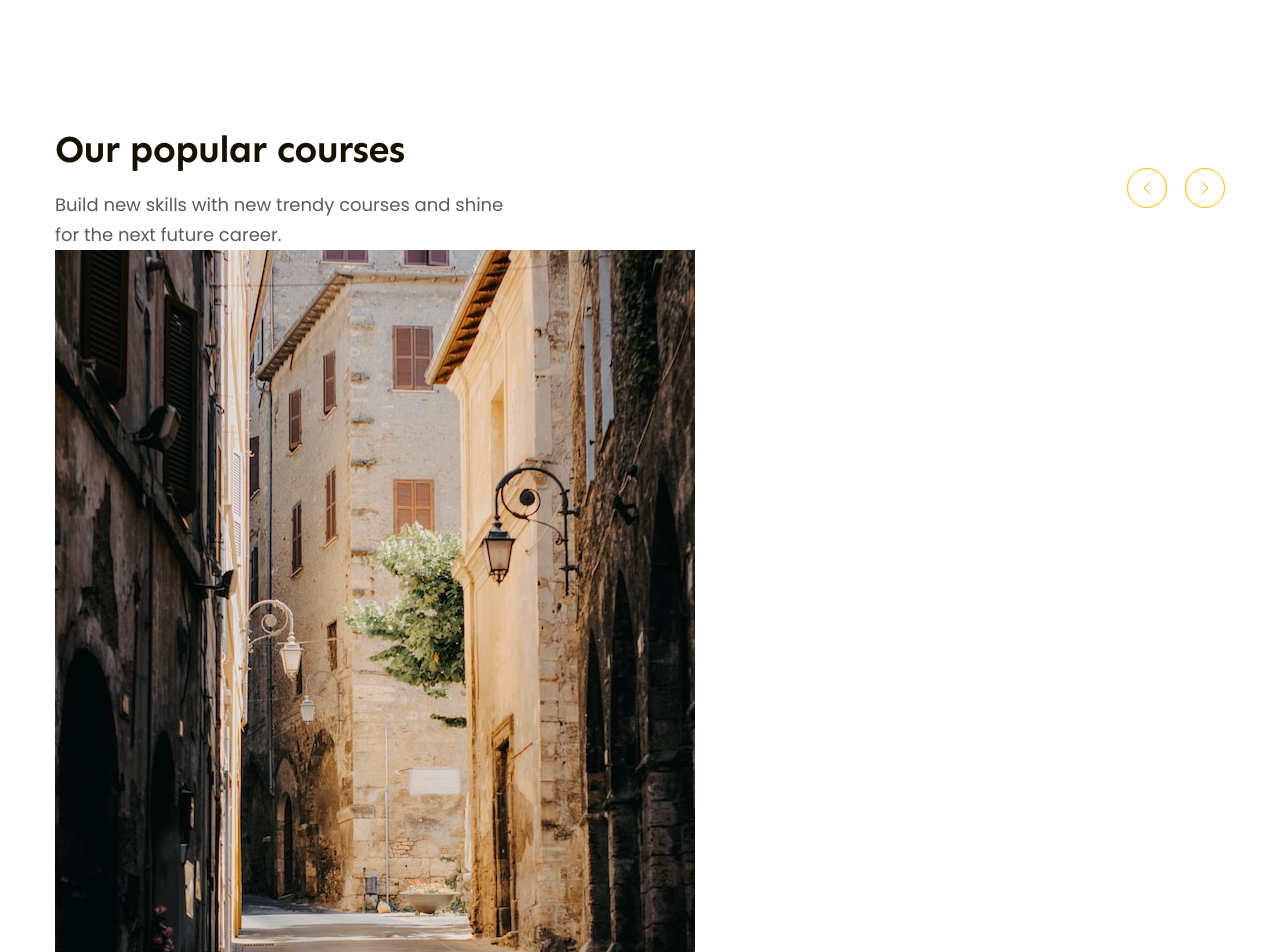
Repository: empty24062002/f8-htmlcss-02-pratice
Page: index.html
An editor plug-in stored every save of this project. The page is shown before and after the next save, followed by the edit.
The browser window is 1280 px wide. The pictures show the part of the page from y = 946 to 1898 px (the page is 5187 px tall).
A picture or video elsewhere on the page could not be fetched, so the positions and the page height are approximate.

Above is the page before, as saved 2023-07-18 22:14:04.

After the next save:
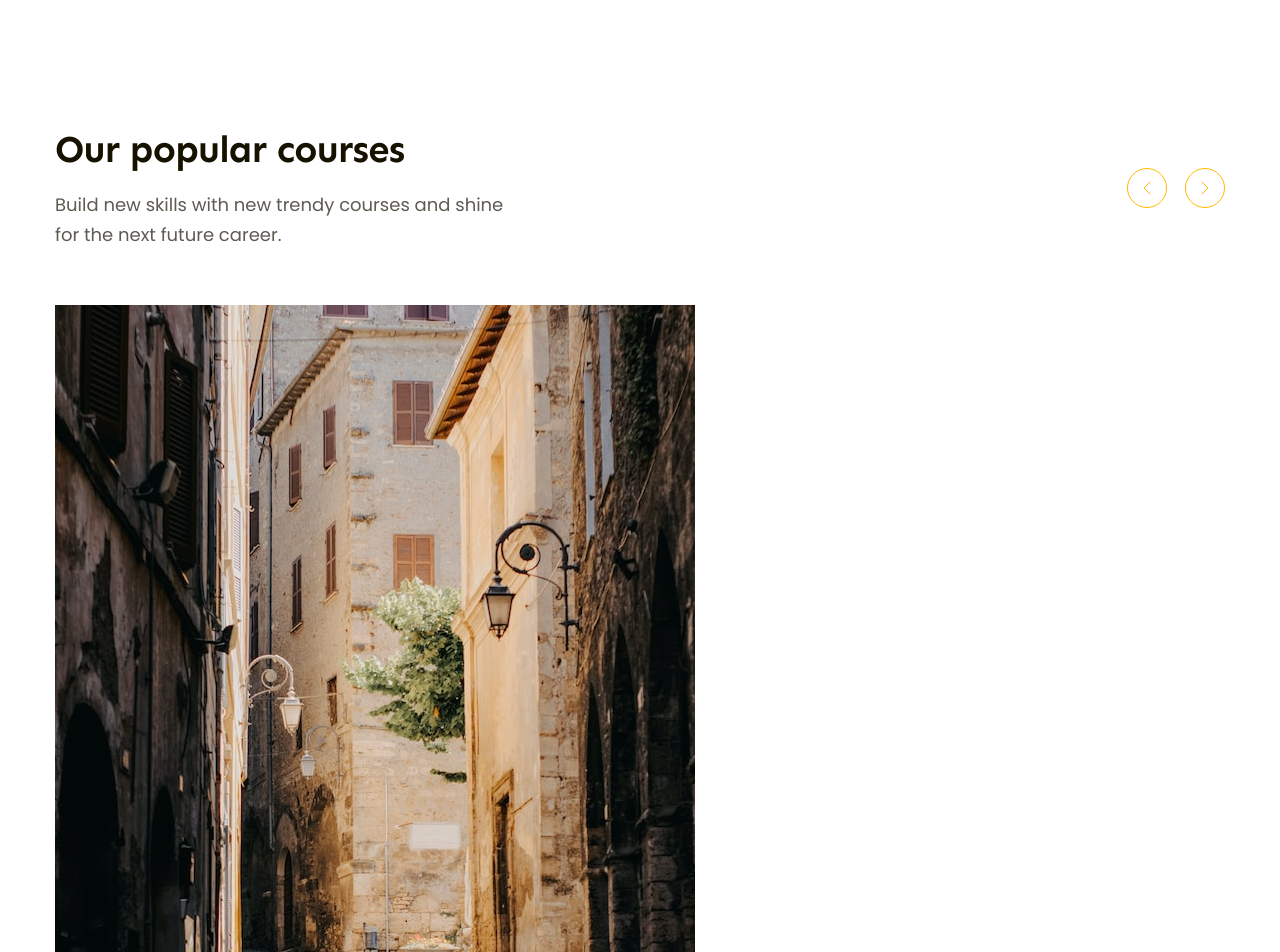
Saved 72 s later.
--- a/assets/css/styles.css
+++ b/assets/css/styles.css
@@ -309,3 +309,7 @@
     color: #fff9e8;
     background-color: var(--primary-color);
 }
+
+.popular-course-list {
+    margin-top: 55px;
+}
